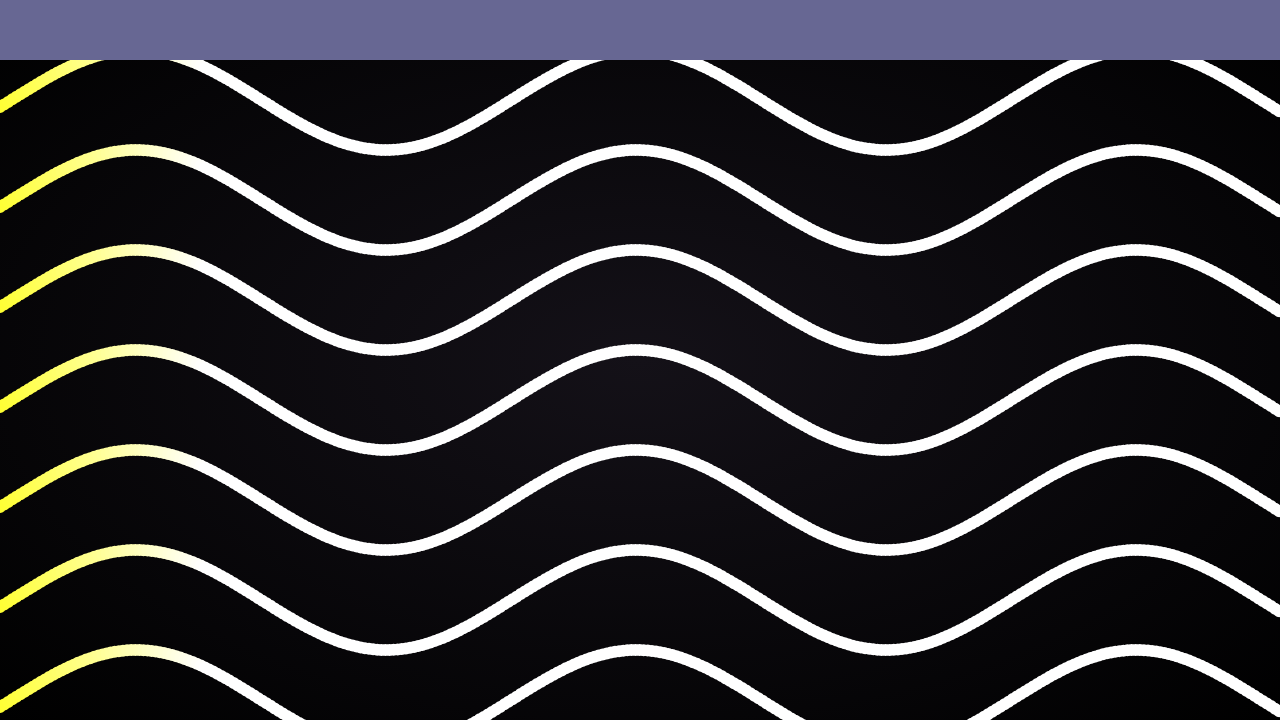
Repository: Iban-del/ProjetBacIban
Page: index.html
An editor plug-in stored every save of this project. The page is shown before and after the next save, followed by the edit.
The browser window is 1280 px wide. The pictures show the whole page.

Above is the page before, as saved 2025-02-18 20:20:40.

After the next save:
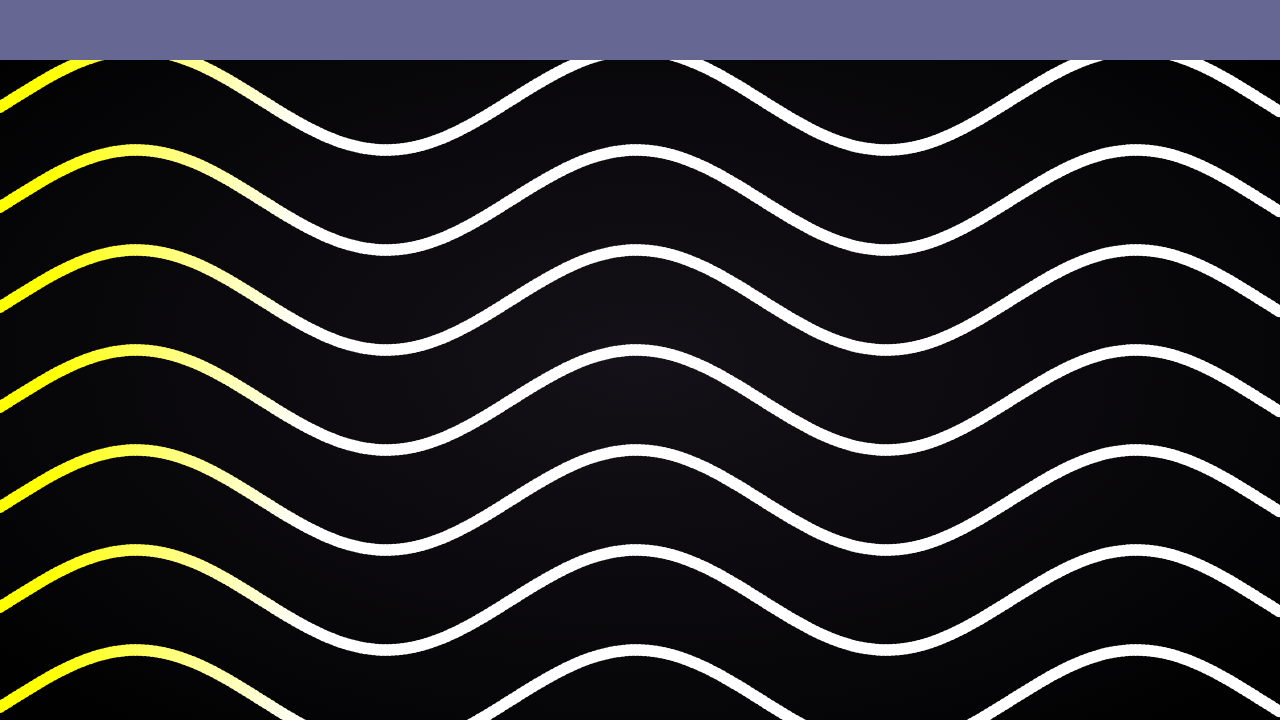
Saved 9 s later.
--- a/js/background.js
+++ b/js/background.js
@@ -73,7 +73,7 @@ function drawVague(ctx){
                 let y = vague(x)+(t);
                 ctx.beginPath();
                 ctx.moveTo(x,y)
-                ctx.fillStyle=`rgb(255,255,${i+50})`;
+                ctx.fillStyle=`rgb(255,255,${i-50})`;
                 ctx.arc(x,y,6,0,Math.PI*2,true)
                 ctx.fill();
                 console.log("test")
